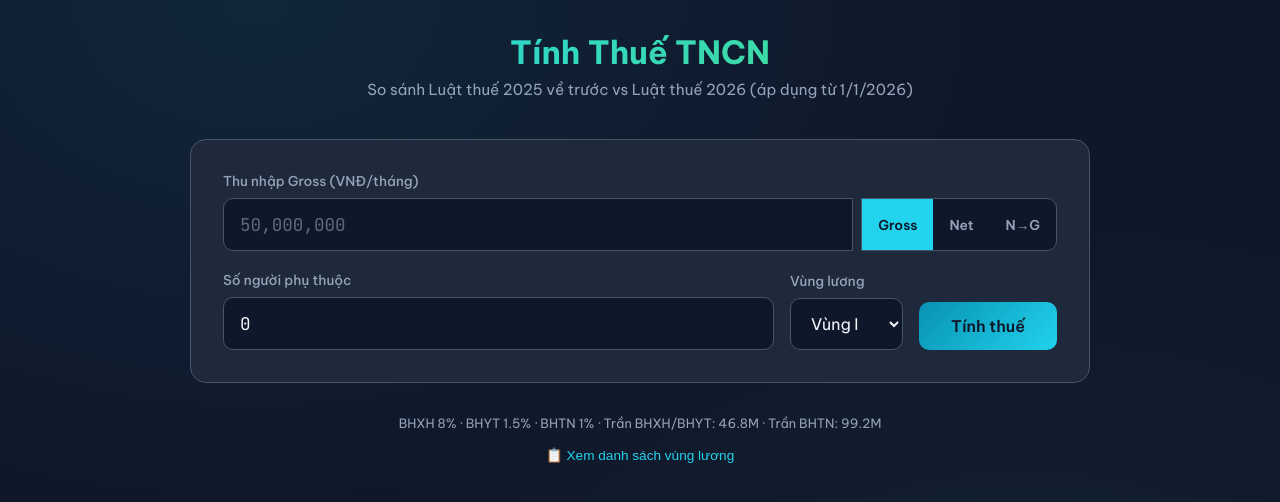
Repository: ph4n4n/vietnam-PIT
Page: index.html
These files come from the project's save history. The page is drawn as it stood at one moment and after the next save; the edit follows.
The browser window is 1280 px wide. The pictures show the whole page.

Above is the page before, as saved 2025-12-10 13:32:50.

### index.html
<!DOCTYPE html>
<html lang="vi">
<head>
  <meta charset="UTF-8">
  <meta name="viewport" content="width=device-width, initial-scale=1.0">
  <title>Tính Thuế TNCN 2025 vs 2026</title>
  <link href="https://fonts.googleapis.com/css2?family=JetBrains+Mono:wght@400;600&family=Be+Vietnam+Pro:wght@400;500;600;700&display=swap" rel="stylesheet">
  <link rel="stylesheet" href="style.css">
</head>
<body>
  <div class="container">
    <header>
      <h1>Tính Thuế TNCN</h1>
      <p class="subtitle">So sánh Luật thuế 2025 về trước vs Luật thuế 2026 (áp dụng từ 1/1/2026)</p>
    </header>

    <section class="input-section">
      <div class="input-stack">
        <div class="form-group">
          <label id="incomeLabel">Thu nhập Gross (VNĐ/tháng)</label>
          <div class="input-with-toggle">
            <input type="text" id="incomeInput" placeholder="50,000,000" inputmode="numeric">
            <div class="toggle-group">
              <button type="button" class="toggle-btn active" data-type="gross">Gross</button>
              <button type="button" class="toggle-btn" data-type="net">Net</button>
              <button type="button" class="toggle-btn" data-type="net-as-gross" title="Lấy Net làm Gross tính thuế">N→G</button>
            </div>
          </div>
        </div>
        <div class="form-row">
          <div class="form-group">
            <label for="dependents">Số người phụ thuộc</label>
            <input type="number" id="dependents" value="0" min="0" max="20">
          </div>
          <div class="form-group form-group-sm">
            <label for="region">Vùng lương</label>
            <select id="region">
              <option value="1">Vùng I</option>
              <option value="2">Vùng II</option>
              <option value="3">Vùng III</option>
              <option value="4">Vùng IV</option>
            </select>
          </div>
          <button class="btn" onclick="calculate()">Tính thuế</button>
        </div>
      </div>
    </section>

    <section class="result-section" id="resultSection">
      <div class="result-card">
        <div class="result-header">
          <h2>📊 Kết quả tính thuế</h2>
        </div>
        <table>
          <thead>
            <tr>
              <th>Mục</th>
              <th>2025</th>
              <th>2026</th>
            </tr>
          </thead>
          <tbody id="resultBody">
          </tbody>
        </table>
      </div>
    </section>

    <section class="result-section" id="refundSection">
      <div class="result-card refund-card">
        <div class="result-header">
          <h2>🧾 Đóng Full → Hoàn thuế cuối năm</h2>
          <p class="header-note">Giả định: Không khai giảm trừ gia cảnh hàng tháng, quyết toán hoàn thuế cuối năm</p>
        </div>
        <table>
          <thead>
            <tr>
              <th>Mục</th>
              <th>2025 (Hiện hành)</th>
              <th>2026 (Dự thảo)</th>
            </tr>
          </thead>
          <tbody id="refundBody">
          </tbody>
        </table>
      </div>
    </section>

    <footer>
      <p>BHXH 8% · BHYT 1.5% · BHTN 1% · Trần BHXH/BHYT: 46.8M · Trần BHTN: <span id="bhtnCapDisplay">99.2M</span></p>
      <button class="btn-link" onclick="toggleRegionNote()">📋 Xem danh sách vùng lương</button>
    </footer>
  </div>

  <div class="modal" id="regionModal">
    <div class="modal-content">
      <div class="modal-header">
        <h3>Mức lương tối thiểu vùng (từ 01/07/2024)</h3>
        <button class="modal-close" onclick="toggleRegionNote()">×</button>
      </div>
      <div class="modal-body">
        <div class="region-info">
          <div class="region-card">
            <h4>Vùng I - 4.960.000đ/tháng</h4>
            <p>TP.HCM, Hà Nội, Hải Phòng, Đồng Nai, Bình Dương, Bà Rịa-Vũng Tàu, Long An, Quảng Ninh (phần lớn)...</p>
          </div>
          <div class="region-card">
            <h4>Vùng II - 4.410.000đ/tháng</h4>
            <p>Đà Nẵng, Cần Thơ, Bắc Ninh, Hưng Yên, Vĩnh Phúc, Thái Nguyên, Khánh Hòa, Lâm Đồng, Bình Thuận (một phần)...</p>
          </div>
          <div class="region-card">
            <h4>Vùng III - 3.860.000đ/tháng</h4>
            <p>Huế, Quảng Nam, Quảng Ngãi, Bình Định, Phú Yên, Đắk Lắk, Đắk Nông, Gia Lai, Kon Tum, Hà Tĩnh...</p>
          </div>
          <div class="region-card">
            <h4>Vùng IV - 3.450.000đ/tháng</h4>
            <p>Cao Bằng, Bắc Kạn, Hà Giang, Lai Châu, Điện Biên, Sơn La, Yên Bái, các huyện vùng sâu vùng xa...</p>
          </div>
        </div>
        <p class="note">* Trần BHTN = 20 × Lương tối thiểu vùng. Chi tiết theo Nghị định 74/2024/NĐ-CP.</p>
      </div>
    </div>
  </div>

  <script src="app.js"></script>
</body>
</html>

### style.css
:root {
  --bg-primary: #0f172a;
  --bg-secondary: #1e293b;
  --bg-card: #334155;
  --accent: #22d3ee;
  --accent-dim: #0891b2;
  --success: #4ade80;
  --text-primary: #f1f5f9;
  --text-secondary: #94a3b8;
  --border: #475569;
}

* {
  margin: 0;
  padding: 0;
  box-sizing: border-box;
}

body {
  font-family: 'Be Vietnam Pro', sans-serif;
  background: var(--bg-primary);
  background-image:
    radial-gradient(ellipse at 20% 0%, rgba(34, 211, 238, 0.08) 0%, transparent 50%),
    radial-gradient(ellipse at 80% 100%, rgba(74, 222, 128, 0.06) 0%, transparent 50%);
  min-height: 100vh;
  color: var(--text-primary);
  padding: 2rem 1rem;
}

.container {
  max-width: 900px;
  margin: 0 auto;
}

header {
  text-align: center;
  margin-bottom: 2.5rem;
}

h1 {
  font-size: 2rem;
  font-weight: 700;
  background: linear-gradient(135deg, var(--accent), var(--success));
  -webkit-background-clip: text;
  -webkit-text-fill-color: transparent;
  background-clip: text;
  margin-bottom: 0.5rem;
}

.subtitle {
  color: var(--text-secondary);
  font-size: 0.95rem;
}

.input-section {
  background: var(--bg-secondary);
  border: 1px solid var(--border);
  border-radius: 16px;
  padding: 2rem;
  margin-bottom: 2rem;
}

.input-stack {
  display: flex;
  flex-direction: column;
  gap: 1.25rem;
}

.form-row {
  display: flex;
  gap: 1rem;
  align-items: end;
}

.form-row .form-group {
  flex: 1;
}

.form-row .form-group-sm {
  width: auto;
  min-width: 80px;
  flex: 0 0 auto;
}

.form-group select {
  width: 100%;
  padding: 0.875rem 1rem;
  font-size: 1rem;
  font-family: inherit;
  background: var(--bg-primary);
  border: 1px solid var(--border);
  border-radius: 10px;
  color: var(--text-primary);
  cursor: pointer;
  transition: border-color 0.2s, box-shadow 0.2s;
}

.form-group select:focus {
  outline: none;
  border-color: var(--accent);
  box-shadow: 0 0 0 3px rgba(34, 211, 238, 0.15);
}

.form-group select option {
  background: var(--bg-secondary);
  color: var(--text-primary);
}

@media (max-width: 640px) {
  .form-row {
    flex-direction: column;
  }
}

.form-group label {
  display: block;
  font-size: 0.85rem;
  color: var(--text-secondary);
  margin-bottom: 0.5rem;
  font-weight: 500;
}

.form-group input {
  width: 100%;
  padding: 0.875rem 1rem;
  font-size: 1.1rem;
  font-family: 'JetBrains Mono', monospace;
  background: var(--bg-primary);
  border: 1px solid var(--border);
  border-radius: 10px;
  color: var(--text-primary);
  transition: border-color 0.2s, box-shadow 0.2s;
}

.form-group input:focus {
  outline: none;
  border-color: var(--accent);
  box-shadow: 0 0 0 3px rgba(34, 211, 238, 0.15);
}

.form-group input::placeholder {
  color: var(--text-secondary);
  opacity: 0.6;
}

.input-with-toggle {
  display: flex;
  gap: 0.5rem;
}

.input-with-toggle input {
  flex: 1;
  border-radius: 10px 0 0 10px;
}

.toggle-group {
  display: flex;
  background: var(--bg-primary);
  border: 1px solid var(--border);
  border-radius: 0 10px 10px 0;
  overflow: hidden;
}

.toggle-btn {
  padding: 0.875rem 1rem;
  font-size: 0.85rem;
  font-weight: 600;
  font-family: inherit;
  background: transparent;
  color: var(--text-secondary);
  border: none;
  cursor: pointer;
  transition: all 0.2s;
}

.toggle-btn:hover {
  color: var(--text-primary);
  background: var(--bg-card);
}

.toggle-btn.active {
  background: var(--accent);
  color: var(--bg-primary);
}

@media (max-width: 640px) {
  .input-with-toggle {
    flex-direction: column;
  }
  .input-with-toggle input {
    border-radius: 10px;
  }
  .toggle-group {
    border-radius: 10px;
  }
}

.btn {
  padding: 0.875rem 2rem;
  font-size: 1rem;
  font-weight: 600;
  font-family: inherit;
  background: linear-gradient(135deg, var(--accent-dim), var(--accent));
  color: var(--bg-primary);
  border: none;
  border-radius: 10px;
  cursor: pointer;
  transition: transform 0.15s, box-shadow 0.15s;
}

.btn:hover {
  transform: translateY(-2px);
  box-shadow: 0 8px 24px rgba(34, 211, 238, 0.25);
}

.btn:active {
  transform: translateY(0);
}

.result-section {
  display: none;
  animation: fadeIn 0.4s ease;
  margin-bottom: 1.5rem;
}

.result-section.show {
  display: block;
}

@keyframes fadeIn {
  from { opacity: 0; transform: translateY(10px); }
  to { opacity: 1; transform: translateY(0); }
}

.result-card {
  background: var(--bg-secondary);
  border: 1px solid var(--border);
  border-radius: 16px;
  overflow: hidden;
}

.result-header {
  background: var(--bg-card);
  padding: 1.25rem 1.5rem;
  border-bottom: 1px solid var(--border);
}

.result-header h2 {
  font-size: 1.1rem;
  font-weight: 600;
}

.header-note {
  color: var(--text-secondary);
  font-size: 0.8rem;
  margin-top: 0.4rem;
}

table {
  width: 100%;
  border-collapse: collapse;
  font-size: 0.95rem;
}

th, td {
  padding: 1rem 1.5rem;
  text-align: left;
  border-bottom: 1px solid var(--border);
}

th {
  background: var(--bg-card);
  color: var(--text-secondary);
  font-weight: 500;
  font-size: 0.8rem;
  text-transform: uppercase;
  letter-spacing: 0.5px;
}

td {
  font-family: 'JetBrains Mono', monospace;
}

tr:last-child td {
  border-bottom: none;
}

tr:hover td {
  background: rgba(34, 211, 238, 0.03);
}

.col-label {
  font-family: 'Be Vietnam Pro', sans-serif;
  color: var(--text-secondary);
}

.col-old {
  color: var(--text-primary);
}

.col-new {
  color: var(--accent);
}

.highlight-row td {
  background: rgba(74, 222, 128, 0.08);
  border-top: 1px solid rgba(74, 222, 128, 0.3);
  border-bottom: 1px solid rgba(74, 222, 128, 0.3);
}

.highlight-row .col-label {
  color: var(--success);
  font-weight: 600;
}

.highlight-row .saved-value {
  color: var(--success);
  font-weight: 600;
  font-size: 1.1rem;
}

.info-row td {
  background: rgba(34, 211, 238, 0.05);
  font-family: 'Be Vietnam Pro', sans-serif;
  color: var(--text-secondary);
  font-size: 0.85rem;
}

.diff-row td {
  background: rgba(251, 191, 36, 0.08);
}

.diff-row .col-old {
  color: #fbbf24;
}

.diff-row .col-new {
  color: var(--success);
}

footer {
  text-align: center;
  margin-top: 2rem;
  color: var(--text-secondary);
  font-size: 0.8rem;
}

footer a {
  color: var(--accent);
  text-decoration: none;
}

.btn-link {
  background: none;
  border: none;
  color: var(--accent);
  cursor: pointer;
  font-size: 0.85rem;
  padding: 0.5rem;
  margin-top: 0.5rem;
  transition: opacity 0.2s;
}

.btn-link:hover {
  opacity: 0.8;
  text-decoration: underline;
}

/* Modal */
.modal {
  display: none;
  position: fixed;
  top: 0;
  left: 0;
  width: 100%;
  height: 100%;
  background: rgba(0, 0, 0, 0.7);
  z-index: 1000;
  align-items: center;
  justify-content: center;
  padding: 1rem;
}

.modal.show {
  display: flex;
}

.modal-content {
  background: var(--bg-secondary);
  border: 1px solid var(--border);
  border-radius: 16px;
  max-width: 600px;
  width: 100%;
  max-height: 80vh;
  overflow: hidden;
  animation: modalIn 0.3s ease;
}

@keyframes modalIn {
  from { opacity: 0; transform: scale(0.95); }
  to { opacity: 1; transform: scale(1); }
}

.modal-header {
  display: flex;
  justify-content: space-between;
  align-items: center;
  padding: 1.25rem 1.5rem;
  background: var(--bg-card);
  border-bottom: 1px solid var(--border);
}

.modal-header h3 {
  font-size: 1rem;
  font-weight: 600;
  color: var(--text-primary);
}

.modal-close {
  background: none;
  border: none;
  color: var(--text-secondary);
  font-size: 1.5rem;
  cursor: pointer;
  padding: 0;
  line-height: 1;
}

.modal-close:hover {
  color: var(--text-primary);
}

.modal-body {
  padding: 1.5rem;
  overflow-y: auto;
  max-height: calc(80vh - 60px);
}

.region-info {
  display: flex;
  flex-direction: column;
  gap: 1rem;
}

.region-card {
  background: var(--bg-primary);
  border: 1px solid var(--border);
  border-radius: 10px;
  padding: 1rem;
}

.region-card h4 {
  color: var(--accent);
  font-size: 0.95rem;
  margin-bottom: 0.5rem;
}

.region-card p {
  color: var(--text-secondary);
  font-size: 0.85rem;
  line-height: 1.5;
}

.modal-body .note {
  margin-top: 1rem;
  padding-top: 1rem;
  border-top: 1px solid var(--border);
  color: var(--text-secondary);
  font-size: 0.8rem;
  font-style: italic;
}

### app.js
const TAX_CONFIG = {
  // Employee insurance rates
  bhxh: { rate: 0.08, cap: 46_800_000 },  // BHXH 8%, cap 20 × 2.34M (từ 7/2024)
  bhyt: { rate: 0.015, cap: 46_800_000 }, // BHYT 1.5%, cap 20 × 2.34M
  bhtn: { rate: 0.01 },                    // BHTN 1%, cap depends on region

  // BHTN caps by region (20 × minimum wage)
  bhtnCaps: {
    1: 99_200_000,  // Vùng I: 20 × 4,960,000
    2: 88_200_000,  // Vùng II: 20 × 4,410,000
    3: 77_200_000,  // Vùng III: 20 × 3,860,000
    4: 69_000_000,  // Vùng IV: 20 × 3,450,000
  },

  // Employer insurance rates
  bhxhCompany: { rate: 0.175, cap: 46_800_000 },
  bhytCompany: { rate: 0.03, cap: 46_800_000 },
  bhtnCompany: { rate: 0.01 },  // cap depends on region

  personalDeduction: { old: 11_000_000, new: 15_500_000 },
  dependentDeduction: { old: 4_400_000, new: 6_200_000 },
  bracketsOld: [
    [5_000_000, 0.05],
    [10_000_000, 0.10],
    [18_000_000, 0.15],
    [32_000_000, 0.20],
    [52_000_000, 0.25],
    [80_000_000, 0.30],
    [Infinity, 0.35],
  ],
  bracketsNew: [
    [10_000_000, 0.05],
    [30_000_000, 0.15],
    [60_000_000, 0.25],
    [100_000_000, 0.30],
    [Infinity, 0.35],
  ],
};

let incomeType = 'gross';

function calculateProgressiveTax(taxableIncome, brackets) {
  if (taxableIncome <= 0) return 0;
  let tax = 0, prev = 0;
  for (const [threshold, rate] of brackets) {
    const taxable = Math.min(taxableIncome, threshold) - prev;
    if (taxable <= 0) break;
    tax += taxable * rate;
    prev = threshold;
  }
  return tax;
}

function calcInsurance(income, rate, cap) {
  return Math.min(income, cap) * rate;
}

function getRegion() {
  const el = document.getElementById('region');
  return el ? parseInt(el.value, 10) : 1;
}

function getBhtnCap() {
  return TAX_CONFIG.bhtnCaps[getRegion()];
}

function calculatePIT(grossIncome, dependents) {
  const cfg = TAX_CONFIG;
  const bhtnCap = getBhtnCap();

  // Employee insurance (detailed)
  const bhxh = calcInsurance(grossIncome, cfg.bhxh.rate, cfg.bhxh.cap);
  const bhyt = calcInsurance(grossIncome, cfg.bhyt.rate, cfg.bhyt.cap);
  const bhtn = calcInsurance(grossIncome, cfg.bhtn.rate, bhtnCap);
  const insurance = bhxh + bhyt + bhtn;

  const incomeAfterInsurance = grossIncome - insurance;

  const deductionOld = cfg.personalDeduction.old + cfg.dependentDeduction.old * dependents;
  const deductionNew = cfg.personalDeduction.new + cfg.dependentDeduction.new * dependents;

  const taxableOld = Math.max(0, incomeAfterInsurance - deductionOld);
  const taxableNew = Math.max(0, incomeAfterInsurance - deductionNew);

  const taxOld = calculateProgressiveTax(taxableOld, cfg.bracketsOld);
  const taxNew = calculateProgressiveTax(taxableNew, cfg.bracketsNew);

  // Tax when paying full (no family deduction, only insurance)
  const taxNoDeductOld = calculateProgressiveTax(incomeAfterInsurance, cfg.bracketsOld);
  const taxNoDeductNew = calculateProgressiveTax(incomeAfterInsurance, cfg.bracketsNew);

  return {
    grossIncome,
    dependents,
    bhxh,
    bhyt,
    bhtn,
    insurance,
    incomeAfterInsurance,
    deductionOld,
    deductionNew,
    taxableOld,
    taxableNew,
    taxOld,
    taxNew,
    taxNoDeductOld,
    taxNoDeductNew,
    taxSaved: taxOld - taxNew,
    netOld: grossIncome - insurance - taxOld,
    netNew: grossIncome - insurance - taxNew,
  };
}

// Binary search: find Gross from Net (using OLD tax as reference)
function netToGross(targetNet, dependents) {
  let low = targetNet;
  let high = targetNet * 2;
  const tolerance = 1000;

  for (let i = 0; i < 50; i++) {
    const mid = Math.floor((low + high) / 2);
    const result = calculatePIT(mid, dependents);
    const netOld = result.netOld;

    if (Math.abs(netOld - targetNet) < tolerance) {
      return mid;
    }

    if (netOld < targetNet) {
      low = mid;
    } else {
      high = mid;
    }
  }

  return Math.floor((low + high) / 2);
}

function formatMoney(n) {
  return n.toLocaleString('vi-VN') + ' ₫';
}

// Calculate company insurance
function calcCompanyInsurance(income) {
  const cfg = TAX_CONFIG;
  const bhtnCap = getBhtnCap();
  return calcInsurance(income, cfg.bhxhCompany.rate, cfg.bhxhCompany.cap)
       + calcInsurance(income, cfg.bhytCompany.rate, cfg.bhytCompany.cap)
       + calcInsurance(income, cfg.bhtnCompany.rate, bhtnCap);
}

// N→G mode: Net thực nhận = input, thuế tính trên input (thay vì Gross thực)
function renderNetAsGross(netAmount, dependents) {
  // Cách tính sai: lấy Net làm Gross
  const wrong = calculatePIT(netAmount, dependents);

  // Cách tính đúng: tìm Gross thực từ Net
  const realGross = netToGross(netAmount, dependents);
  const correct = calculatePIT(realGross, dependents);

  // Chi phí công ty (Gross + BH công ty)
  const wrongCompanyBH = calcCompanyInsurance(netAmount);
  const wrongCompanyCost = netAmount + wrongCompanyBH + wrong.taxOld;

  const correctCompanyBH = calcCompanyInsurance(realGross);
  const correctCompanyCost = realGross + correctCompanyBH;

  const companySaved = correctCompanyCost - wrongCompanyCost;

  const rows = [
    { label: 'Net thực nhận', wrong: formatMoney(netAmount), correct: formatMoney(netAmount) },
    { label: 'Gross để tính thuế', wrong: formatMoney(netAmount), correct: formatMoney(realGross), highlight: true },
    { label: 'Thuế TNCN (CT trả)', wrong: formatMoney(wrong.taxOld), correct: formatMoney(correct.taxOld), highlight: true },
    { label: 'BH công ty đóng (21.5%)', wrong: formatMoney(wrongCompanyBH), correct: formatMoney(correctCompanyBH), info: true },
    { label: 'Tổng CT chi/tháng', wrong: formatMoney(wrongCompanyCost), correct: formatMoney(correctCompanyCost) },
  ];

  let html = rows.map(row => `
    <tr class="${row.info ? 'info-row' : ''} ${row.highlight ? 'diff-row' : ''}">
      <td class="col-label">${row.label}</td>
      <td class="col-old">${row.wrong}</td>
      <td class="col-new">${row.correct}</td>
    </tr>
  `).join('');

  html += `
    <tr class="highlight-row">
      <td class="col-label">💸 CT TIẾT KIỆM (sai cách)/THÁNG</td>
      <td colspan="2" class="saved-value" style="text-align: center;">
        ${formatMoney(companySaved)}
      </td>
    </tr>
    <tr class="highlight-row">
      <td class="col-label">📅 CT TIẾT KIỆM (sai cách)/NĂM</td>
      <td colspan="2" class="saved-value" style="text-align: center;">
        ${formatMoney(companySaved * 12)}
      </td>
    </tr>
  `;

  document.getElementById('resultBody').innerHTML = html;

  // Update header for this mode
  document.querySelector('#resultSection .result-header h2').textContent = '📊 So sánh: N→G vs Tính đúng';
  document.querySelector('#resultSection thead').innerHTML = `
    <tr>
      <th>Mục</th>
      <th>N→G (sai cách)</th>
      <th>Tính đúng (Net)</th>
    </tr>
  `;

  document.getElementById('resultSection').classList.add('show');
  document.getElementById('refundSection').classList.remove('show');
}

function parseMoneyInput(str) {
  return parseInt(str.replace(/[^\d]/g, ''), 10) || 0;
}

function calculate() {
  const inputValue = parseMoneyInput(document.getElementById('incomeInput').value);
  const dependents = parseInt(document.getElementById('dependents').value, 10) || 0;

  if (inputValue <= 0) {
    alert('Vui lòng nhập thu nhập hợp lệ');
    return;
  }

  // Handle N→G mode separately
  if (incomeType === 'net-as-gross') {
    renderNetAsGross(inputValue, dependents);
    return;
  }

  // Convert based on income type
  let grossIncome;
  if (incomeType === 'net') {
    grossIncome = netToGross(inputValue, dependents);
  } else {
    grossIncome = inputValue;
  }

  const r = calculatePIT(grossIncome, dependents);

  // Reset header for normal modes
  document.querySelector('#resultSection .result-header h2').textContent = '📊 Kết quả tính thuế';
  document.querySelector('#resultSection thead').innerHTML = `
    <tr>
      <th>Mục</th>
      <th>2025 (Hiện hành)</th>
      <th>2026 (Dự thảo)</th>
    </tr>
  `;

  const rows = [
    { label: 'Thu nhập Gross', old: formatMoney(r.grossIncome), new: formatMoney(r.grossIncome) },
    { label: '└ BHXH (8%)', old: formatMoney(r.bhxh), new: formatMoney(r.bhxh), info: true },
    { label: '└ BHYT (1.5%)', old: formatMoney(r.bhyt), new: formatMoney(r.bhyt), info: true },
    { label: '└ BHTN (1%)', old: formatMoney(r.bhtn), new: formatMoney(r.bhtn), info: true },
    { label: 'Tổng BH bắt buộc (10.5%)', old: formatMoney(r.insurance), new: formatMoney(r.insurance) },
    { label: 'Thu nhập chịu thuế', old: formatMoney(r.incomeAfterInsurance), new: formatMoney(r.incomeAfterInsurance) },
    { label: '└ Giảm trừ bản thân', old: formatMoney(TAX_CONFIG.personalDeduction.old), new: formatMoney(TAX_CONFIG.personalDeduction.new), info: true },
    { label: `└ Giảm trừ NPT (×${dependents})`, old: formatMoney(TAX_CONFIG.dependentDeduction.old * dependents), new: formatMoney(TAX_CONFIG.dependentDeduction.new * dependents), info: true },
    { label: 'Tổng giảm trừ', old: formatMoney(r.deductionOld), new: formatMoney(r.deductionNew) },
    { label: 'Thu nhập tính thuế', old: formatMoney(r.taxableOld), new: formatMoney(r.taxableNew) },
    { label: 'Thuế TNCN phải nộp', old: formatMoney(r.taxOld), new: formatMoney(r.taxNew) },
    { label: 'Thu nhập NET', old: formatMoney(r.netOld), new: formatMoney(r.netNew) },
  ];

  let html = rows.map(row => `
    <tr class="${row.info ? 'info-row' : ''}">
      <td class="col-label">${row.label}</td>
      <td class="col-old">${row.old}</td>
      <td class="col-new">${row.new}</td>
    </tr>
  `).join('');

  html += `
    <tr class="highlight-row">
      <td class="col-label">💰 TIỀN THUẾ GIẢM/THÁNG</td>
      <td colspan="2" class="saved-value" style="text-align: center;">
        ${r.taxSaved >= 0 ? '+' : ''}${formatMoney(r.taxSaved)}
      </td>
    </tr>
    <tr class="highlight-row">
      <td class="col-label">📅 TIỀN THUẾ GIẢM/NĂM</td>
      <td colspan="2" class="saved-value" style="text-align: center;">
        ${r.taxSaved >= 0 ? '+' : ''}${formatMoney(r.taxSaved * 12)}
      </td>
    </tr>
  `;

  document.getElementById('resultBody').innerHTML = html;

  // Refund section
  const refundOld = r.taxNoDeductOld * 12 - r.taxOld * 12;
  const refundNew = r.taxNoDeductNew * 12 - r.taxNew * 12;

  document.getElementById('refundBody').innerHTML = `
    <tr>
      <td class="col-label">Thuế đóng/tháng (không giảm trừ)</td>
      <td class="col-old">${formatMoney(r.taxNoDeductOld)}</td>
      <td class="col-new">${formatMoney(r.taxNoDeductNew)}</td>
    </tr>
    <tr>
      <td class="col-label">Thuế đóng cả năm (không giảm trừ)</td>
      <td class="col-old">${formatMoney(r.taxNoDeductOld * 12)}</td>
      <td class="col-new">${formatMoney(r.taxNoDeductNew * 12)}</td>
    </tr>
    <tr>
      <td class="col-label">Thuế thực tế cả năm (có giảm trừ)</td>
      <td class="col-old">${formatMoney(r.taxOld * 12)}</td>
      <td class="col-new">${formatMoney(r.taxNew * 12)}</td>
    </tr>
    <tr class="highlight-row refund-row">
      <td class="col-label">🔄 TIỀN HOÀN THUẾ CUỐI NĂM</td>
      <td class="saved-value">${formatMoney(refundOld)}</td>
      <td class="saved-value">${formatMoney(refundNew)}</td>
    </tr>
  `;
  document.getElementById('refundSection').classList.add('show');
  document.getElementById('resultSection').classList.add('show');
}

// Toggle Gross/Net/Net-as-Gross
document.querySelectorAll('.toggle-btn').forEach(btn => {
  btn.addEventListener('click', function() {
    document.querySelectorAll('.toggle-btn').forEach(b => b.classList.remove('active'));
    this.classList.add('active');
    incomeType = this.dataset.type;

    const label = document.getElementById('incomeLabel');
    const labels = {
      'gross': 'Thu nhập Gross (VNĐ/tháng)',
      'net': 'Thu nhập Net (VNĐ/tháng)',
      'net-as-gross': 'Net làm Gross (VNĐ/tháng)',
    };
    label.textContent = labels[incomeType];
  });
});

// Format input on type
document.getElementById('incomeInput').addEventListener('input', function() {
  const raw = this.value.replace(/[^\d]/g, '');
  if (raw) {
    this.value = parseInt(raw, 10).toLocaleString('vi-VN');
  }
});

// Enter to calculate
document.querySelectorAll('input').forEach(input => {
  input.addEventListener('keypress', e => {
    if (e.key === 'Enter') calculate();
  });
});

// Update BHTN cap display when region changes
function updateBhtnCapDisplay() {
  const region = getRegion();
  const cap = TAX_CONFIG.bhtnCaps[region];
  const capStr = (cap / 1_000_000).toFixed(1) + 'M';
  document.getElementById('bhtnCapDisplay').textContent = capStr;
}

document.getElementById('region').addEventListener('change', updateBhtnCapDisplay);
updateBhtnCapDisplay(); // init

// Toggle region note modal
function toggleRegionNote() {
  const modal = document.getElementById('regionModal');
  modal.classList.toggle('show');
}

// Close modal on backdrop click
document.getElementById('regionModal').addEventListener('click', function(e) {
  if (e.target === this) {
    this.classList.remove('show');
  }
});

After the next save:
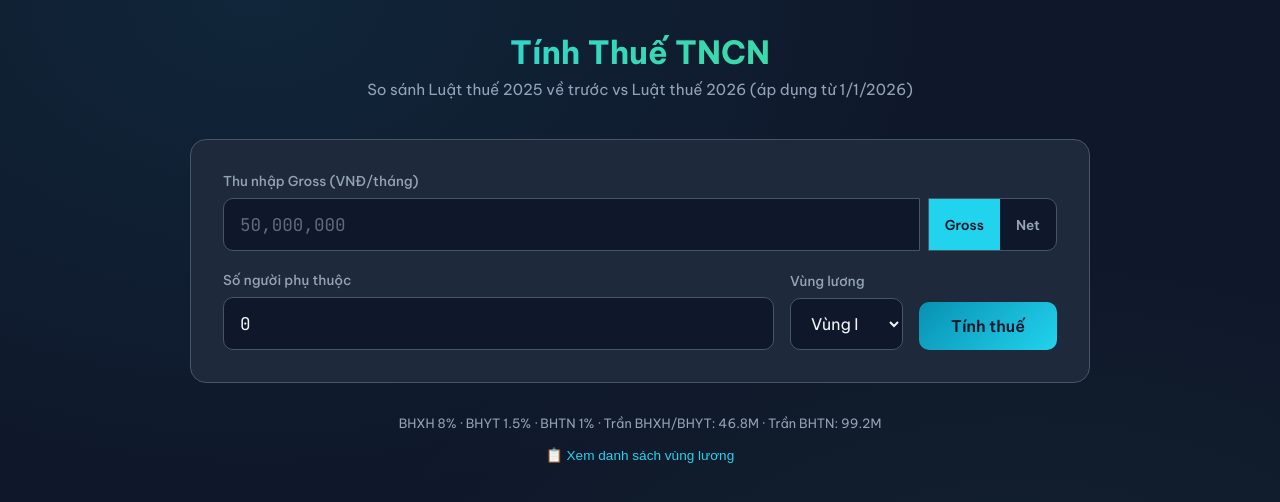
Saved 23 s later.
--- a/index.html
+++ b/index.html
@@ -23,7 +23,7 @@
             <div class="toggle-group">
               <button type="button" class="toggle-btn active" data-type="gross">Gross</button>
               <button type="button" class="toggle-btn" data-type="net">Net</button>
-              <button type="button" class="toggle-btn" data-type="net-as-gross" title="Lấy Net làm Gross tính thuế">N→G</button>
+              <!-- <button type="button" class="toggle-btn" data-type="net-as-gross" title="Lấy Net làm Gross tính thuế">N→G</button> -->
             </div>
           </div>
         </div>
